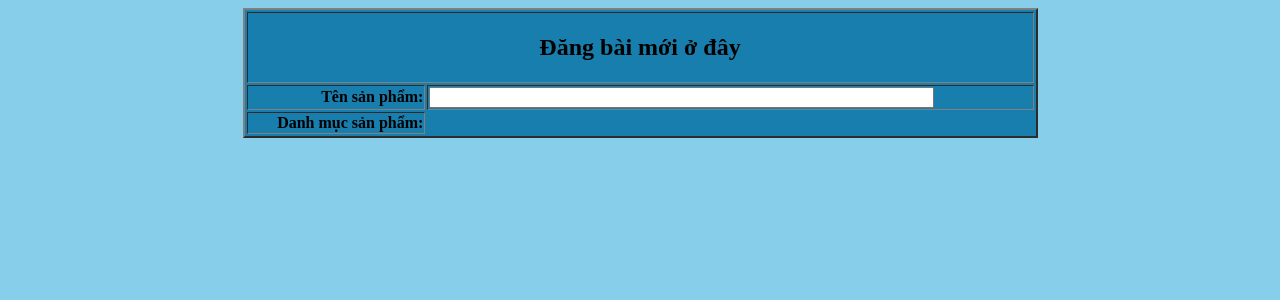
Repository: minhkhuyen1711/hpt
Page: http://localhost/website-ecommerce-php-master/admin_area/insert_product.php
These files come from the project's save history. The page is drawn as it stood at one moment and after the next save; the edit follows.
The browser window is 1280 px wide. The pictures show the whole page.
The page is run by PHP 8.4 with error messages shown; the project is at /var/www/html/.

Above is the page before, as saved 2021-06-12 23:47:28.

After the next save:
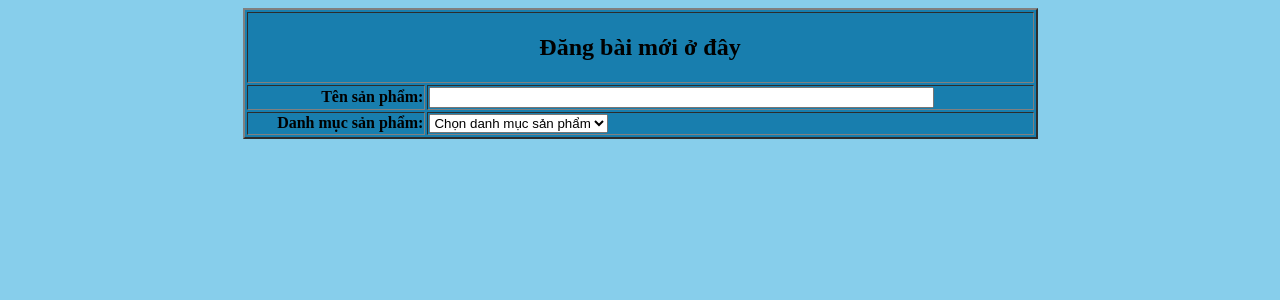
Saved 68 s later.
--- a/admin_area/insert_product.php
+++ b/admin_area/insert_product.php
@@ -18,6 +18,11 @@
             </tr>
             <tr>
                 <td align="right"><b>Danh mục sản phẩm:</b></td>
+                <td>
+                    <select name="product_cat">
+                        <option>Chọn danh mục sản phẩm</option>
+                    </select>
+                </td>
             </tr>
 
         </table>
